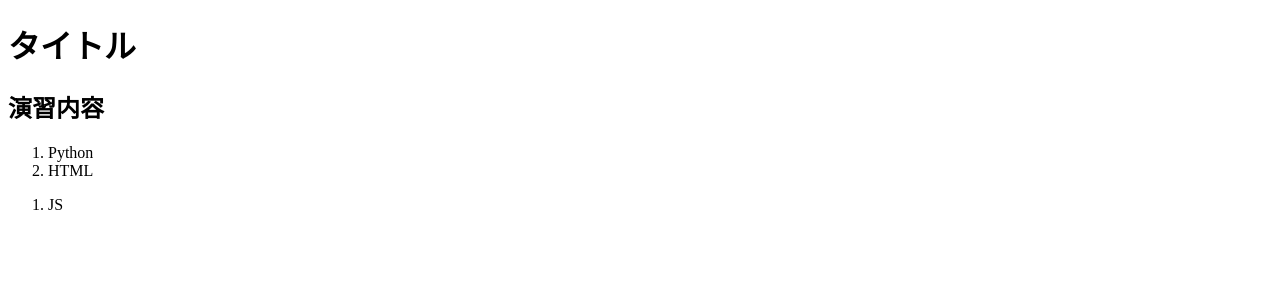
Repository: risunjae-spartacamp-python/independent_production
Page: lesson/tmp.html
The author's editor kept a copy of each file at every save. The page is drawn from the files as they stood at one save, then again after a run of saves.
The browser window is 1280 px wide. The pictures show the whole page.

Above is the page before, as saved 2022-11-24 20:56:12.

### lesson/tmp.html
<!DOCTYPE html>
<html lang="ja">

<head>
    <meta charset="UTF-8">
    <title>Document</title>
</head>

<body>
    <h1>タイトル</h1>
    <h2>演習内容</h2>
    <ol id="step1" class="study-list">
        <li>Python</li>
        <li>HTML</li>
    </ol>
    <ol id="step2" class="study-list">
        <li>JS</li>

    </ol>

</body>

</html>

After the next 3 saves:
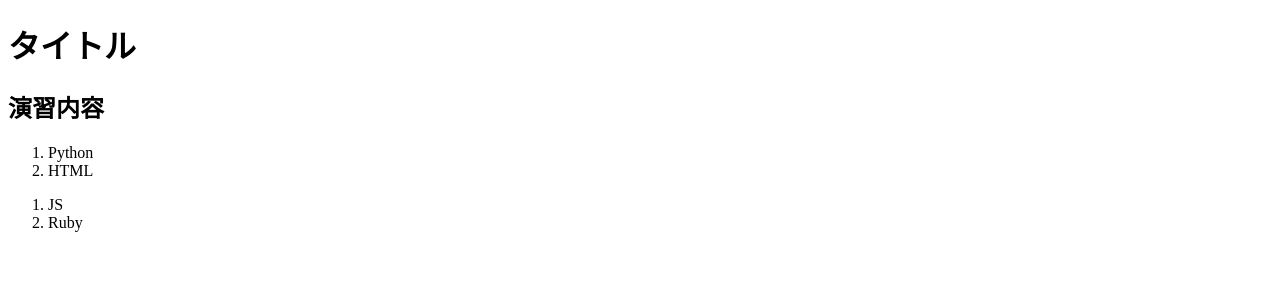
The 3 saves are shown as one change because they came seconds apart.
The last was saved 14 s later.
--- a/lesson/tmp.html
+++ b/lesson/tmp.html
@@ -15,7 +15,7 @@
     </ol>
     <ol id="step2" class="study-list">
         <li>JS</li>
-
+        <li>Ruby</li>
     </ol>
 
 </body>
